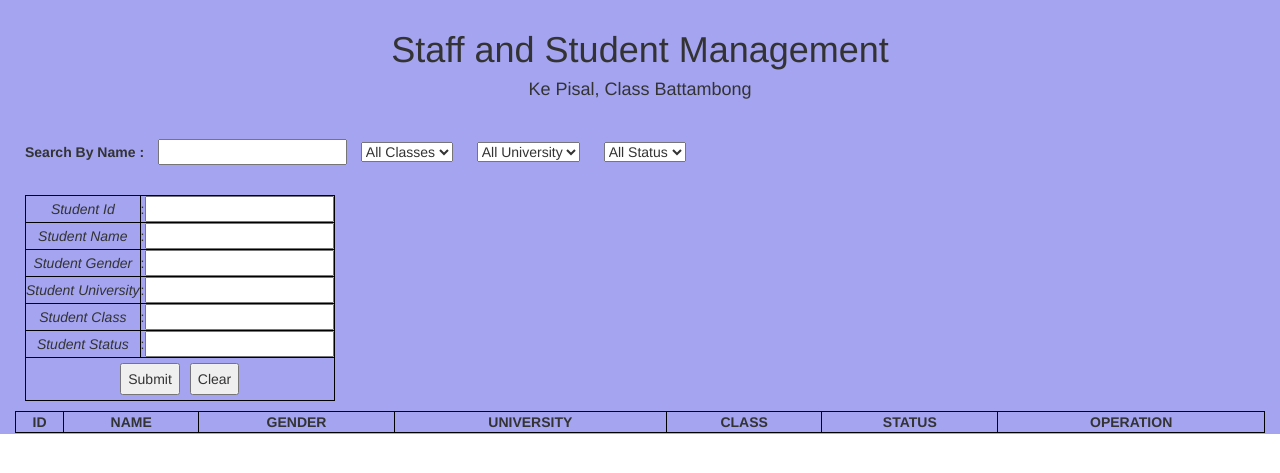
Repository: kepisal/ServletJAVA
Page: http://localhost/AjaxStaffandStudent/
The author's editor kept a copy of each file at every save. The page is drawn from the files as they stood at one save, then again after the next save.
The browser window is 1280 px wide. The pictures show the whole page.
The page is served by Tomcat 9. Queries for data that is not in the repository find no rows.

Above is the page before, as saved 2015-07-10 16:31:44.

After the next save:
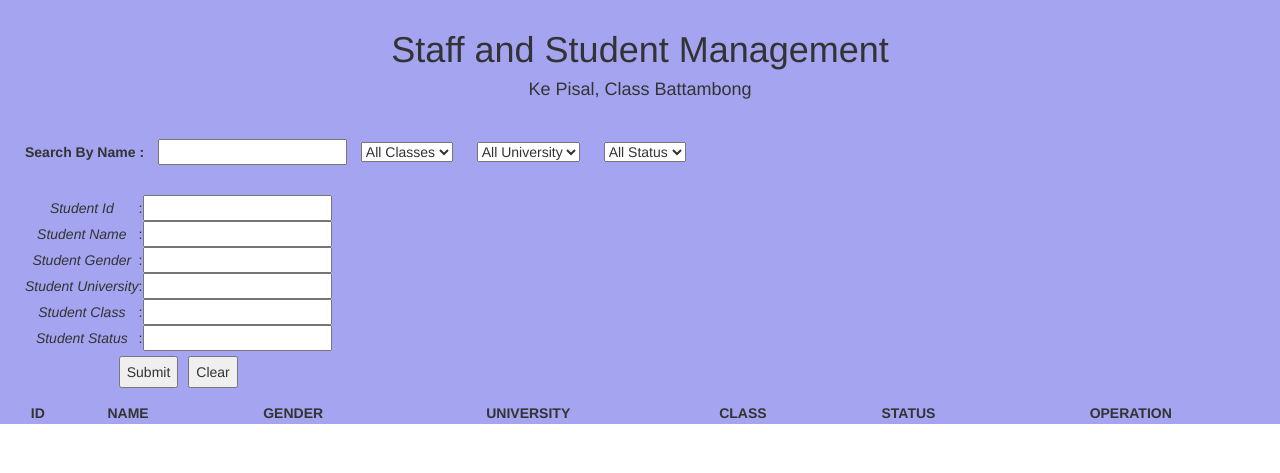
Saved 103 s later.
--- a/AjaxStaffandStudent/WebContent/index.jsp
+++ b/AjaxStaffandStudent/WebContent/index.jsp
@@ -28,7 +28,7 @@
 	height: 23px;
 }
 
-table,th,td{
+.mytb th td{
 	border: 1px solid black;
 	border-collapse: collapse;
 

After the save that followed:
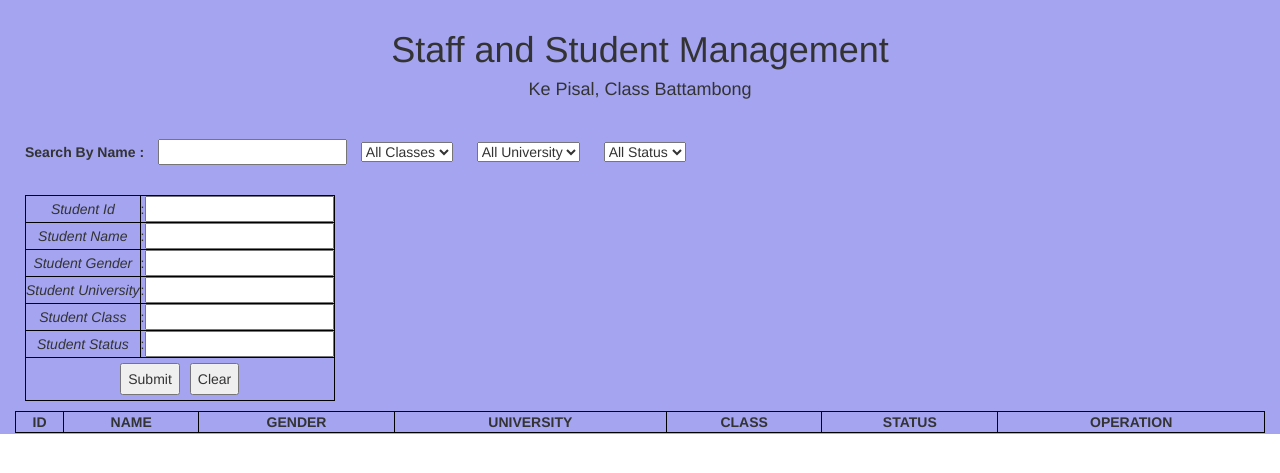
Saved 13 s later.
--- a/AjaxStaffandStudent/WebContent/index.jsp
+++ b/AjaxStaffandStudent/WebContent/index.jsp
@@ -28,7 +28,7 @@
 	height: 23px;
 }
 
-.mytb th td{
+.mytb, th, td{
 	border: 1px solid black;
 	border-collapse: collapse;
 
